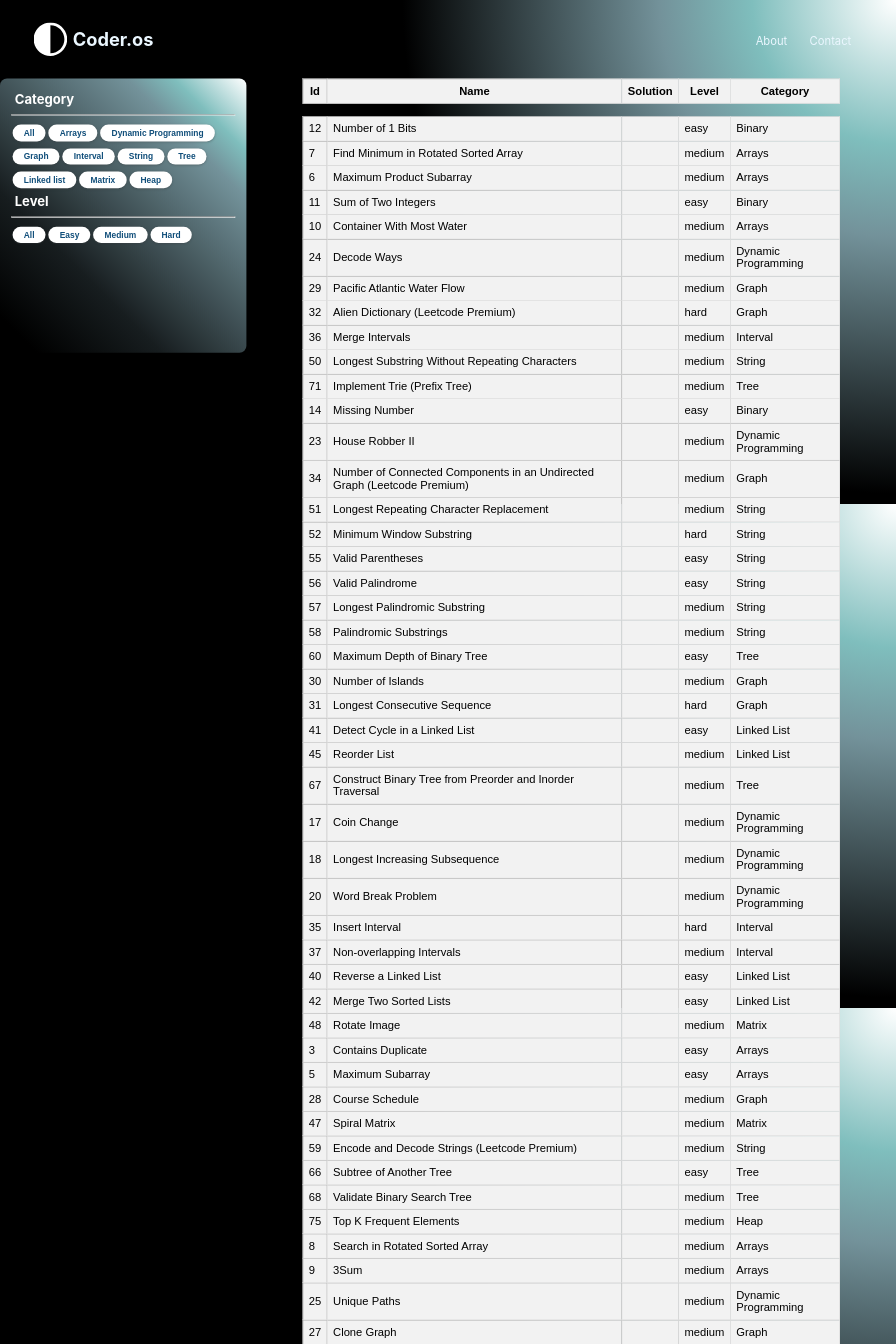
Repository: xoshiraghavx/Coder.os
Page: /mainpage (app in my-app/)
The author's editor kept a copy of each file at every save. The page is drawn from the files as they stood at one save, then again after the next save.
The browser window is 1280 px wide. The pictures show the part of the page from y = 0 to 1920 px (the page is 3026 px tall before and 3436 px after), at 70% of full size.
Backgrounds fixed to the window are drawn as part of the page. The project was rebuilt for these pictures with package versions that can differ from the ones it lists, and the page was loaded fresh each time. Also part of the build but not shown: my-app/src/components/Home/Home.css, my-app/src/components/Home/Home.jsx.

Above is the page before, as saved 2022-12-17 14:16:55.

After the next save:
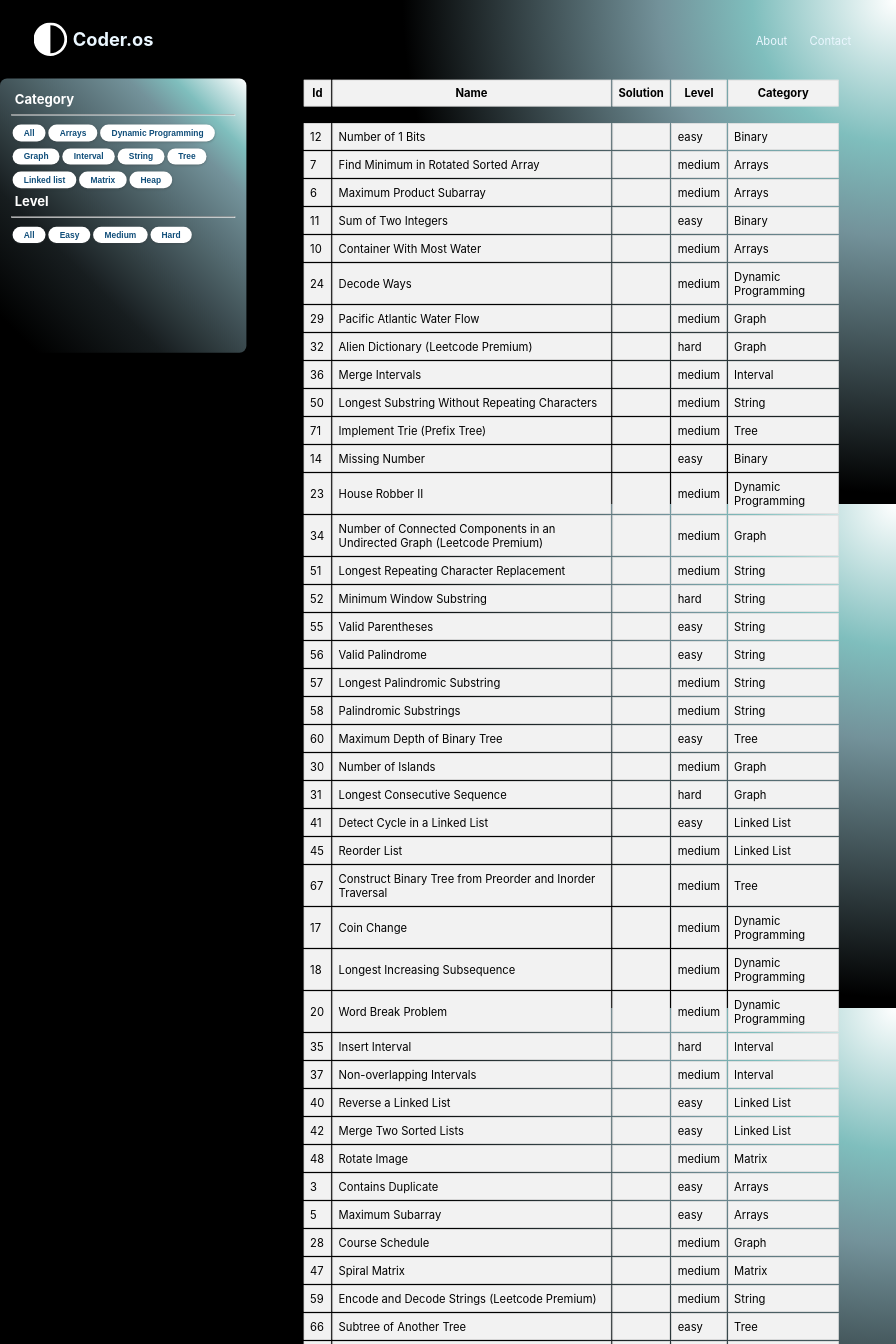
Saved 6 s later.
--- a/my-app/src/components/MainPage/QuestionBank.css
+++ b/my-app/src/components/MainPage/QuestionBank.css
@@ -9,7 +9,7 @@
     border: 1px solid #ddd;
     padding: 8px;
 }
-
+td
 table{
     width: 100%;
     font-family: Arial, Helvetica, sans-serif;

After the save that followed:
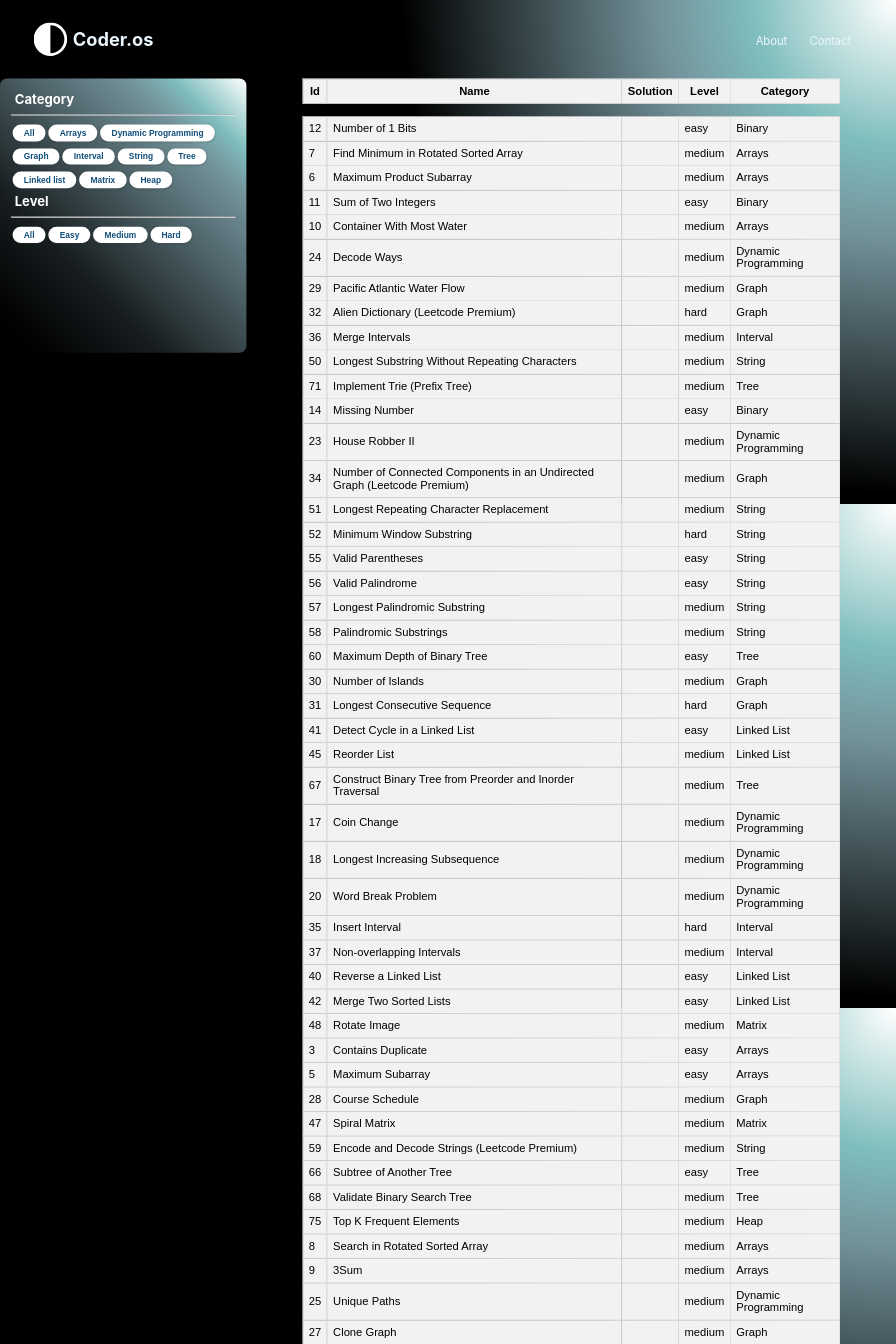
Saved 5 s later.
--- a/my-app/src/components/MainPage/QuestionBank.css
+++ b/my-app/src/components/MainPage/QuestionBank.css
@@ -9,7 +9,9 @@
     border: 1px solid #ddd;
     padding: 8px;
 }
-td
+td{
+    cursor: pointer;
+}
 table{
     width: 100%;
     font-family: Arial, Helvetica, sans-serif;
